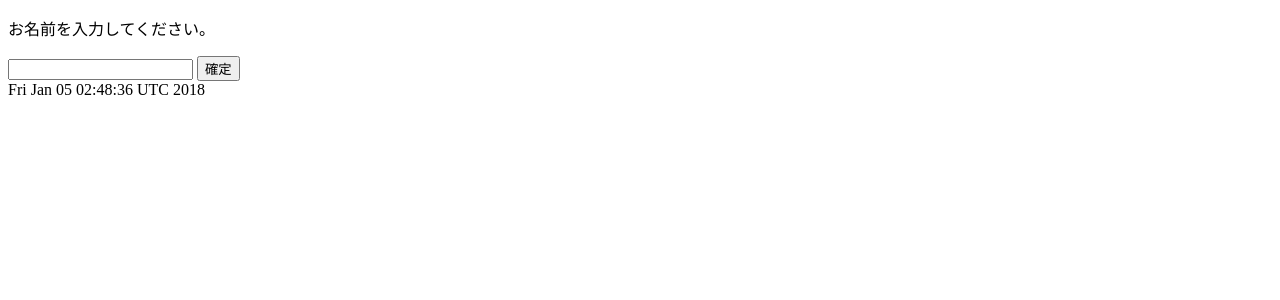
Repository: nhikaru/backup
Page: http://localhost/HelloJSP/
The author's editor kept a copy of each file at every save. The page is drawn from the files as they stood at one save, then again after the next save.
The browser window is 1280 px wide. The pictures show the whole page.
The page is served by Tomcat 9.

Above is the page before, as saved 2018-01-05 05:05:28.

### HelloJSP/WebContent/index.jsp
<%@ page language="java" contentType="text/html; charset=UTF-8"
    pageEncoding="UTF-8"%>
<!DOCTYPE html>
<html>
<head>
<meta charset="UTF-8">
<title>TEST</title>
</head>
<body>
<p>お名前を入力してください。</p>
<form method="post" action="greeting-out.jsp">
<input type="text" name="user">
<input type="submit" value="確定">
</form>
<% out.println(new java.util.Date()); %>
</body>
</html>

After the next save:
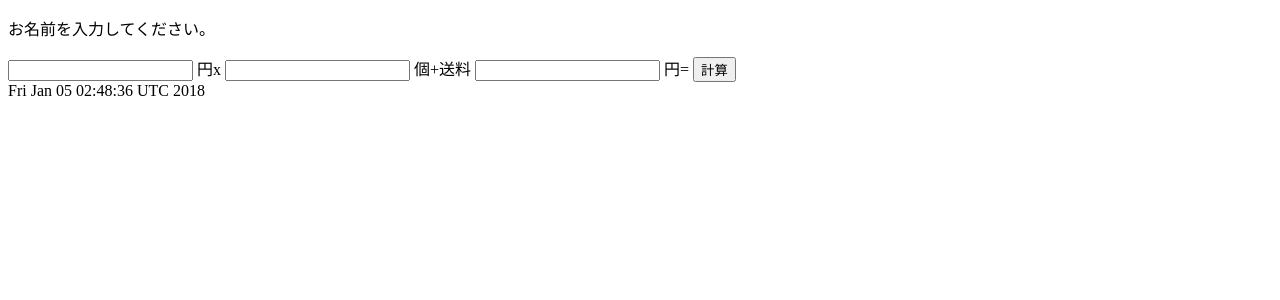
Saved 3 min 56 s later.
--- a/HelloJSP/WebContent/index.jsp
+++ b/HelloJSP/WebContent/index.jsp
@@ -8,9 +8,14 @@
 </head>
 <body>
 <p>お名前を入力してください。</p>
-<form method="post" action="greeting-out.jsp">
-<input type="text" name="user">
-<input type="submit" value="確定">
+<form method="post" action="total-out.jsp">
+<input type="text" name="price">
+円x
+<input type="text" name="count">
+個+送料
+<input type="text" name="delivery">
+円=
+<input type="submit" value="計算">
 </form>
 <% out.println(new java.util.Date()); %>
 </body>
